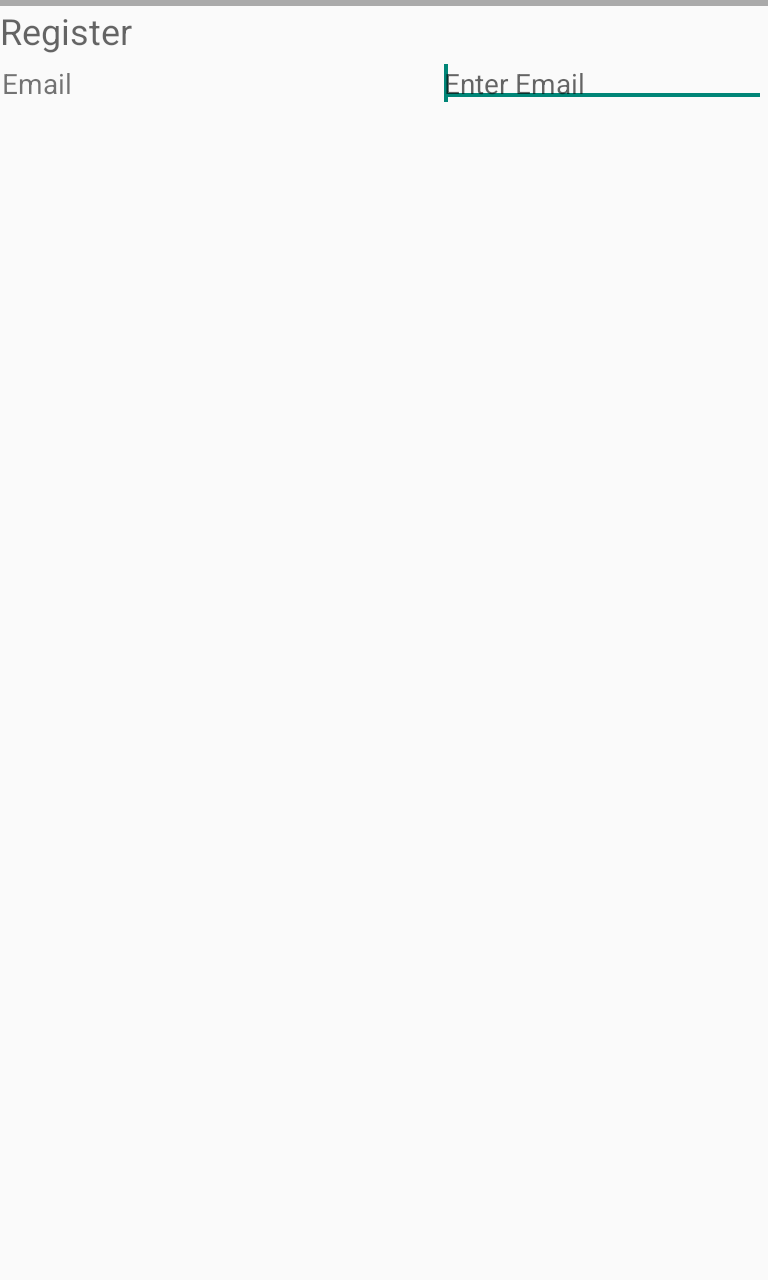
Repository: lMayuraDevani/BrentBrown
Layout: BrentBrown/res/layout/register.xml
An editor plug-in stored every save of this project. The layout is shown before and after the next save, followed by the edit.
It is drawn on a 768 x 1280 px phone screen (xhdpi) without system bars, with theme AppTheme; the app's code is not run.

Above is the layout before, as saved 2014-11-12 09:18:42.

After the next save:
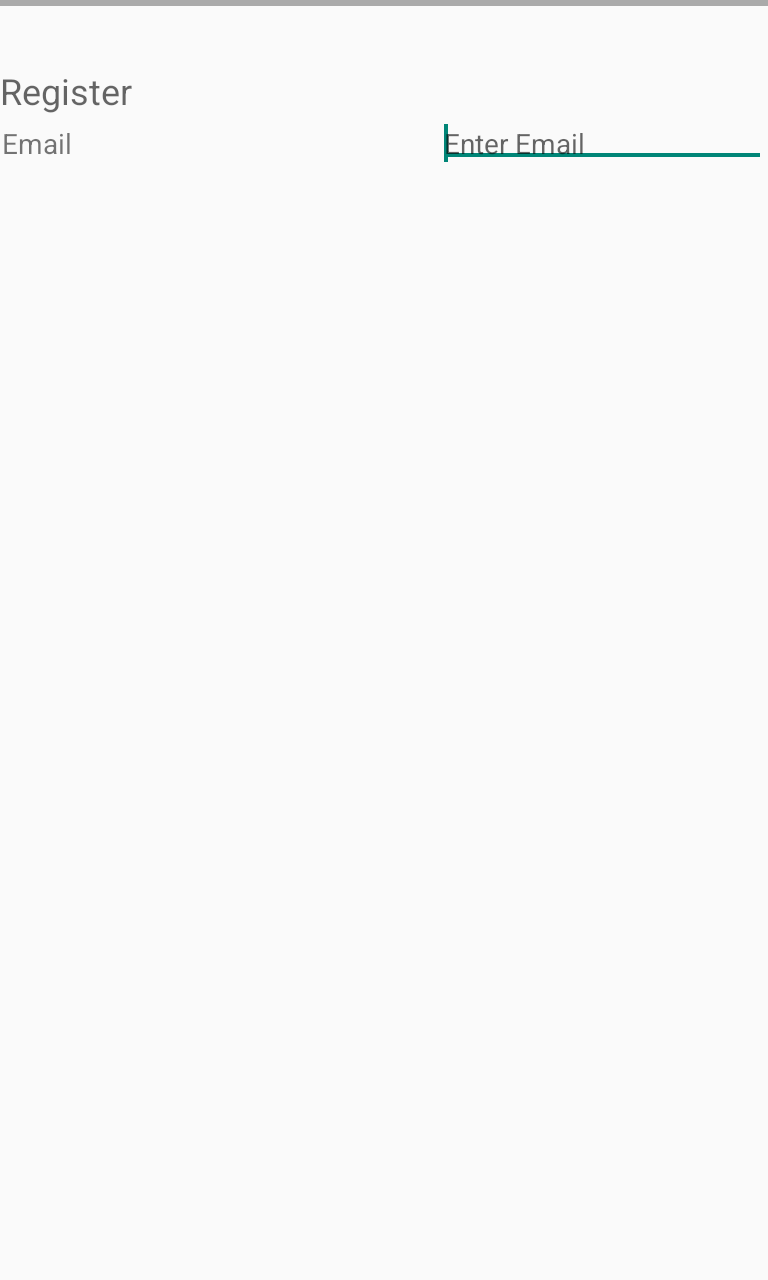
Saved 33 s later.
--- a/BrentBrown/res/layout/register.xml
+++ b/BrentBrown/res/layout/register.xml
@@ -14,6 +14,7 @@
         android:id="@+id/textView1"
         android:layout_width="wrap_content"
         android:layout_height="wrap_content"
+        android:layout_marginTop="30dp"
         android:text="Register"
         android:textAppearance="?android:attr/textAppearanceMedium" />
 
